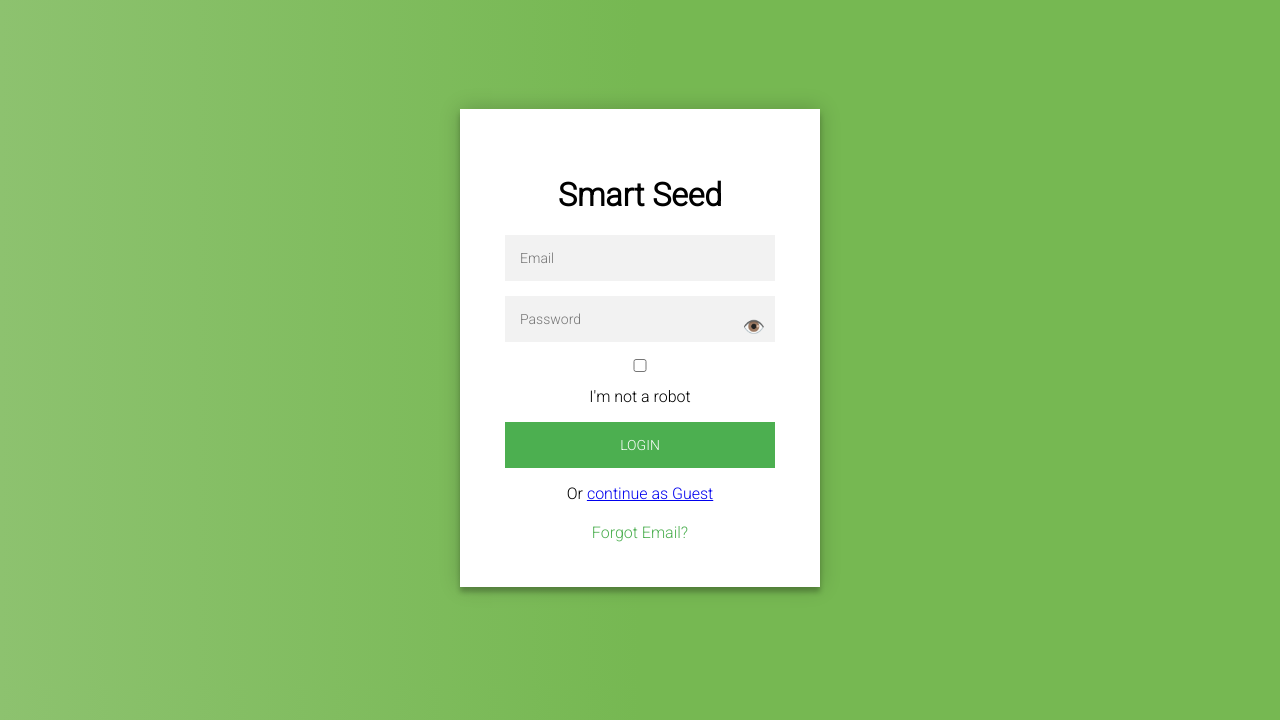
Repository: IFoundGeorge/Smart-Seed-v8-master
Page: src/login.html
The author's editor kept a copy of each file at every save. The page is drawn from the files as they stood at one save, then again after the next save.
The browser window is 1280 px wide. The pictures show the whole page.

Above is the page before, as saved 2025-04-03 11:00:23.

After the next save:
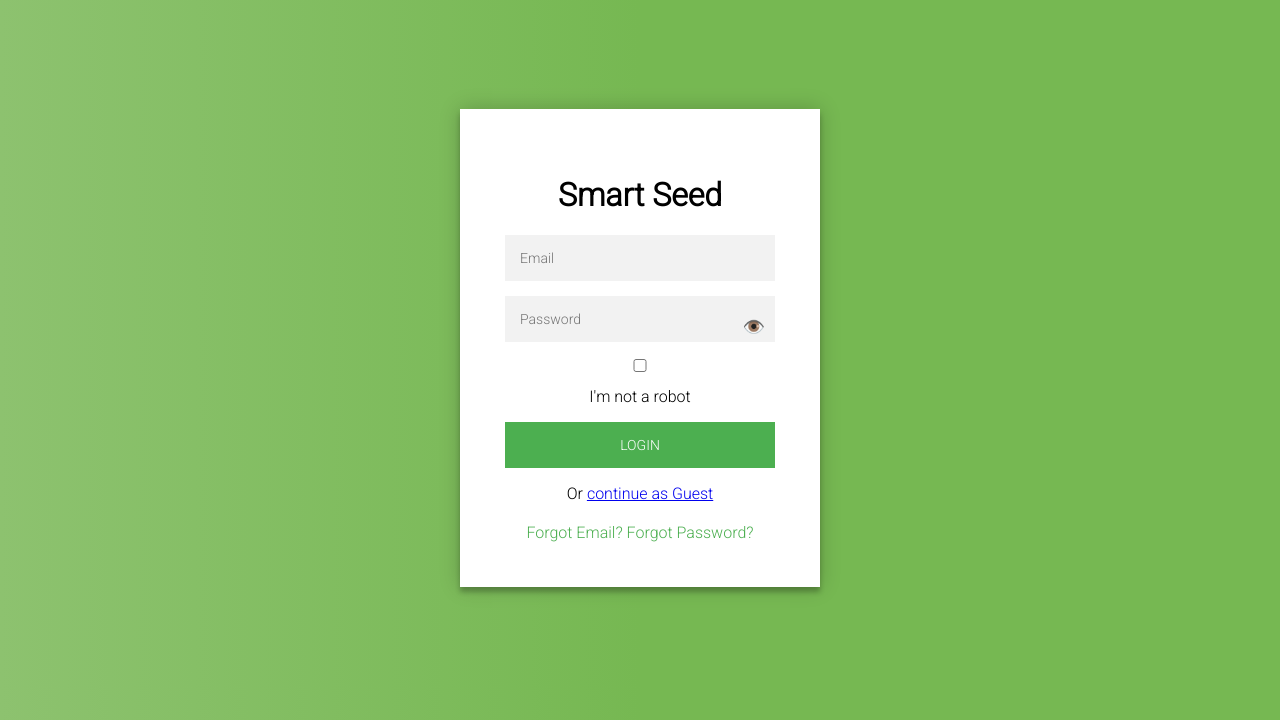
Saved 3 days later.
--- a/src/login.html
+++ b/src/login.html
@@ -147,6 +147,7 @@
 
         <div class="contact-us">
           <a href="#" onclick="contactUs()">Forgot Email?</a>
+          <a href="#" onclick="forgotPassword()">Forgot Password?</a>
         </div>
       </div>
     </div>
